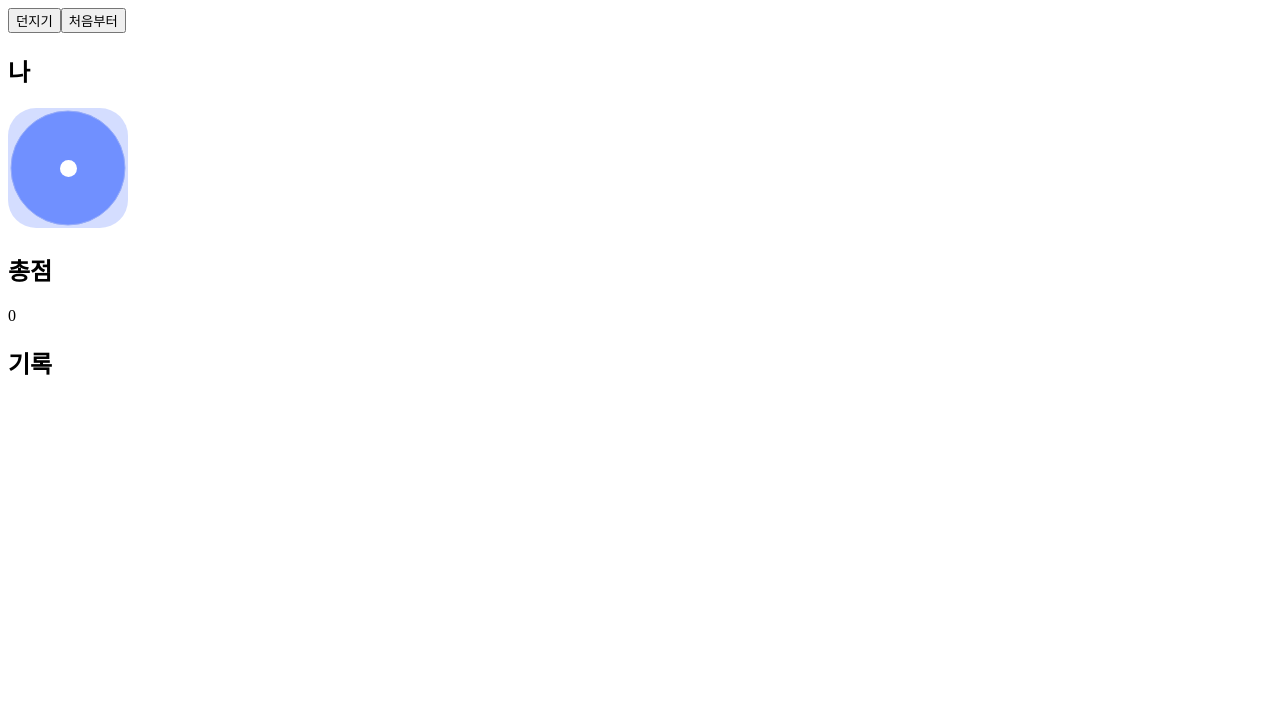
Repository: songjiwon17/React_study
Page: /
These files come from the project's save history. The page is drawn as it stood at one moment and after a run of saves; the edit follows.
The browser window is 1280 px wide. The pictures show the whole page.
The project was rebuilt for these pictures with package versions that can differ from the ones it lists, and the page was loaded fresh each time.

Above is the page before, as saved 2023-09-15 22:22:34.

After the next 2 saves:
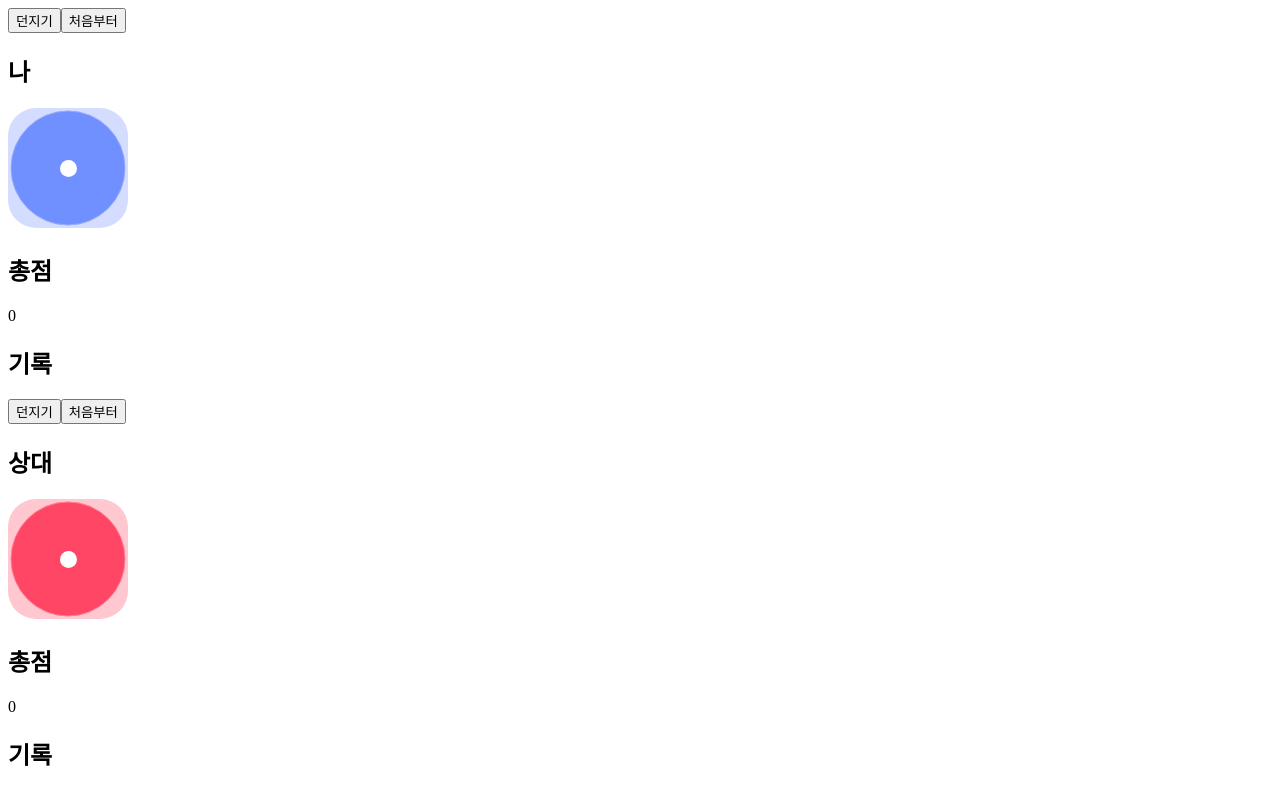
The 2 saves are shown as one change because 1 did not build or start.
The last was saved 110 s later.
--- a/src/App.js
+++ b/src/App.js
@@ -1,42 +1,10 @@
-import { useState } from "react";
-import Button from "./Button";
-import Dice from "./Dice";
-
-function random(n){
-    return Math.ceil(Math.random() * n);
-}
+import Board from "./Board";
 
 function App(){
-    const [num, setNum] = useState(1);
-    const [sum, setSum] = useState(0);
-    const [gameHistory, setGameHistory] = useState([]);
-
-
-    const handleRollClick = ()=>{
-        const nextNum = random(6);
-        setNum(nextNum);
-        setSum(sum + nextNum);
-        setGameHistory([...gameHistory, nextNum]);
-    }
-    const handleClearClick = () =>{
-        setNum(1);
-        setSum(0);
-        setGameHistory([]);
-    }
     return(
         <div>
-            <div>
-                <Button onClick={handleRollClick}>던지기</Button>
-                <Button onClick={handleClearClick}>처음부터</Button>
-            </div>
-            <div>
-                <h2>나</h2>
-                <Dice color="blue" num = {num}/>
-                <h2>총점</h2>
-                <p>{sum}</p>
-                <h2>기록</h2>
-                <p>{gameHistory.join(', ')}</p>
-            </div>
+            <Board name="나" color="blue"/>
+            <Board name="상대" color="red"/>
         </div>
     )
 }
